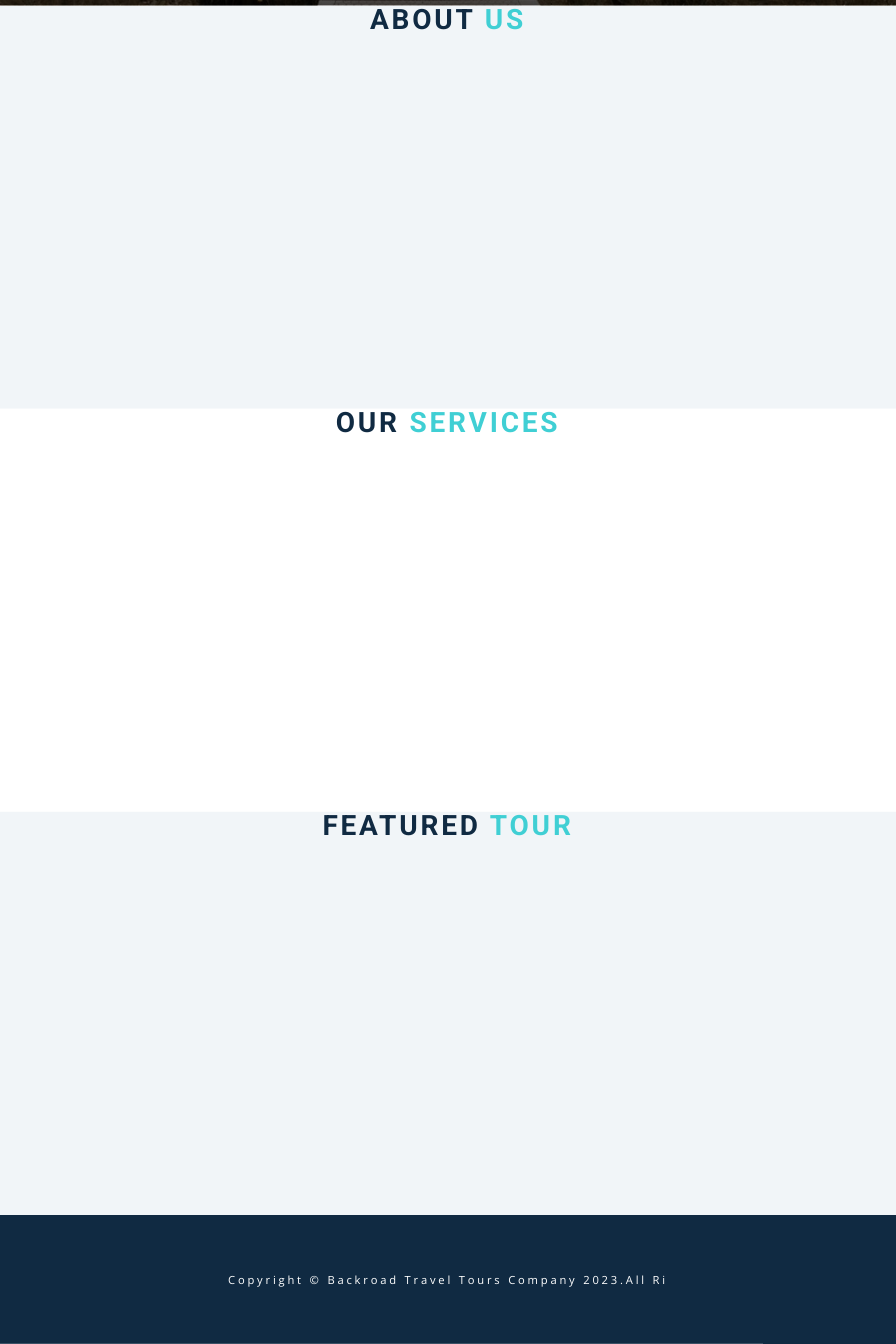
Repository: sunny070/javaScript
Page: Scroll_10/index.html
These files come from the project's save history. The page is drawn as it stood at one moment and after the next save; the edit follows.
The browser window is 1280 px wide. The pictures show the part of the page from y = 794 to 2714 px (the page is 2714 px tall), at 70% of full size.
Some web libraries are served in a nearby version.

Above is the page before, as saved 2023-10-27 12:05:35.

After the next save:
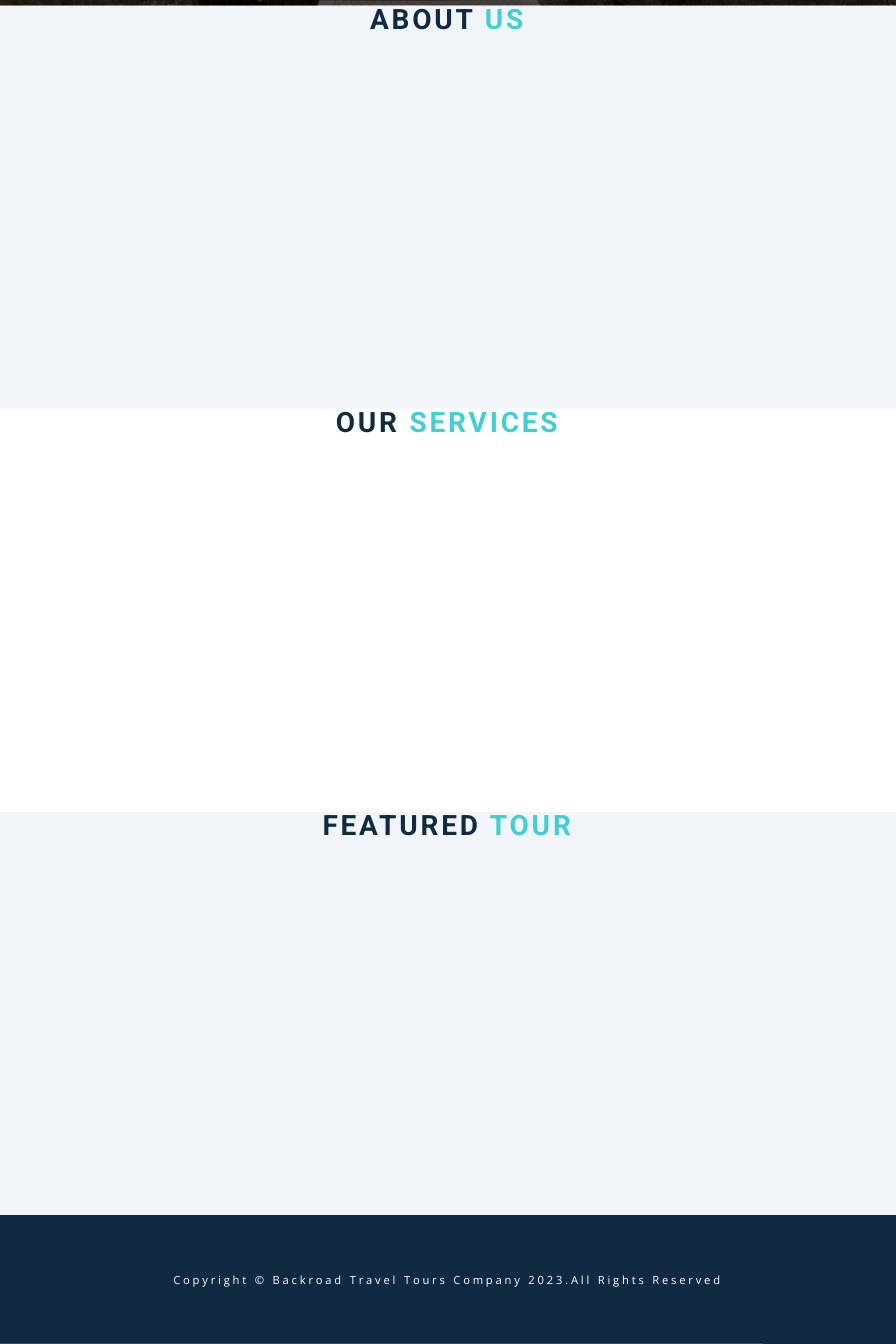
Saved 4 s later.
--- a/Scroll_10/index.html
+++ b/Scroll_10/index.html
@@ -76,7 +76,7 @@
 <!-- footer -->
 <footer class="section">
     <p>
-        copyright &copy; backroad travel tours company <span class="date">2023</span>.all ri
+        copyright &copy; backroad travel tours company <span class="date">2023</span>.all rights reserved
     </p>
 </footer>
     <script src="app.js"></script>
